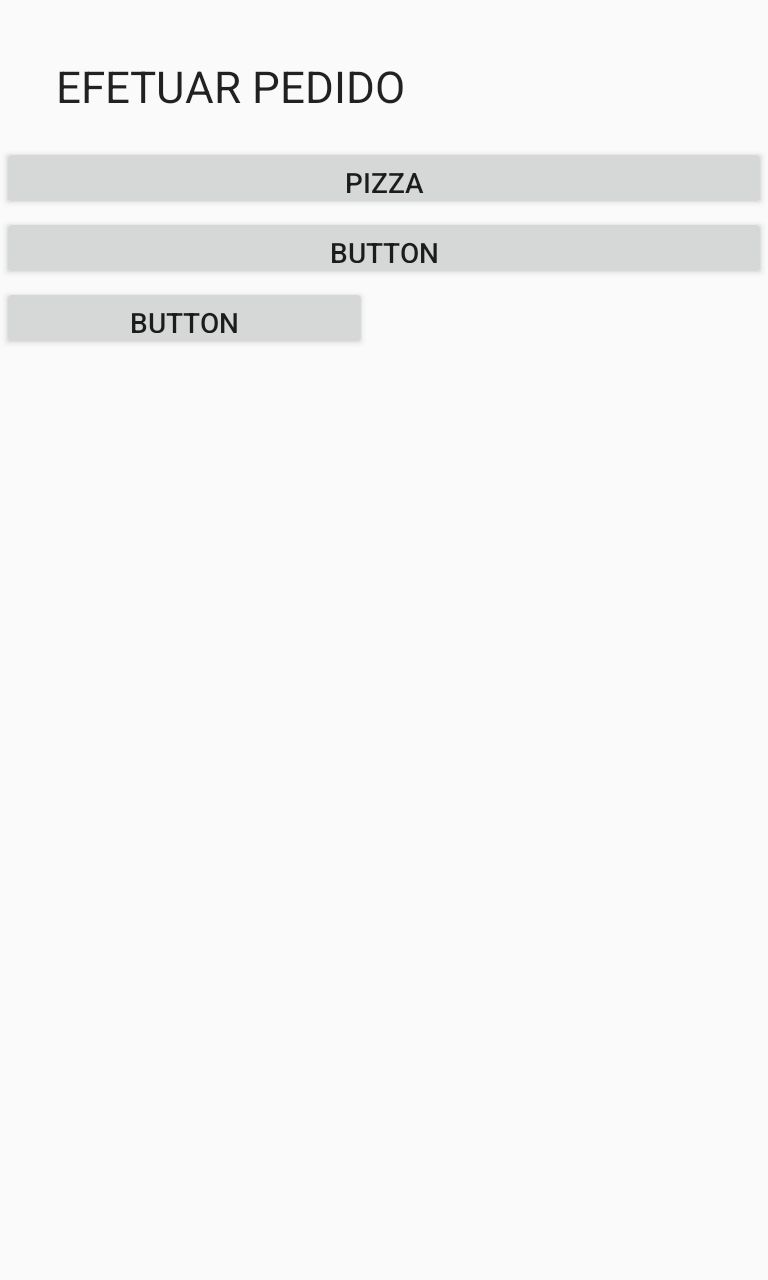
Repository: LucasSampaio/SysPizza-PSI
Layout: CodigoFonte/MOBILE/SysPizza/res/layout/activity_efetuar_pedido.xml
The author's editor kept a copy of each file at every save. The layout is drawn from the files as they stood at one save, then again after the next save.
It is drawn on a 768 x 1280 px phone screen (xhdpi) without system bars, with theme AppTheme; the app's code is not run.

Above is the layout before, as saved 2014-09-25 13:07:38.

### CodigoFonte/MOBILE/SysPizza/res/layout/activity_efetuar_pedido.xml
<?xml version="1.0" encoding="utf-8"?>
<RelativeLayout xmlns:android="http://schemas.android.com/apk/res/android"
    android:layout_width="match_parent"
    android:layout_height="match_parent"
    android:orientation="vertical" >

    <TextView
        android:id="@+id/textView1"
        android:layout_width="wrap_content"
        android:layout_height="wrap_content"
        android:layout_alignParentLeft="true"
        android:layout_alignParentTop="true"
        android:layout_marginLeft="28dp"
        android:layout_marginTop="28dp"
        android:text="EFETUAR PEDIDO"
        android:textAppearance="?android:attr/textAppearanceLarge" />

    <Button
        android:id="@+id/btPizzaEfetuarPedido"
        android:layout_width="fill_parent"
        android:layout_height="35dp"
        android:layout_below="@+id/textView1"
        android:layout_centerHorizontal="true"
        android:layout_marginTop="14dp"
        android:text="Pizza" />

    <Button
        android:id="@+id/btBebidaEfetuarPedido"
        android:layout_width="fill_parent"
        android:layout_height="35dp"
        android:layout_below="@+id/btPizzaEfetuarPedido"
        android:layout_centerHorizontal="true"
        android:text="Button" />

    <Button
        android:id="@+id/btDoceEfetuarPedido"
        android:layout_width="fill_parent"
        android:layout_height="35dp"
        android:layout_alignRight="@+id/textView1"
        android:layout_below="@+id/btBebidaEfetuarPedido"
        android:layout_marginRight="18dp"
        android:text="Button" />

</RelativeLayout>

Loaded but not shown: CodigoFonte/MOBILE/SysPizza/res/values/styles.xml (common file); CodigoFonte/MOBILE/SysPizza/res/values-v11/styles.xml (common file); CodigoFonte/MOBILE/SysPizza/res/values-v14/styles.xml (common file)

After the next save:
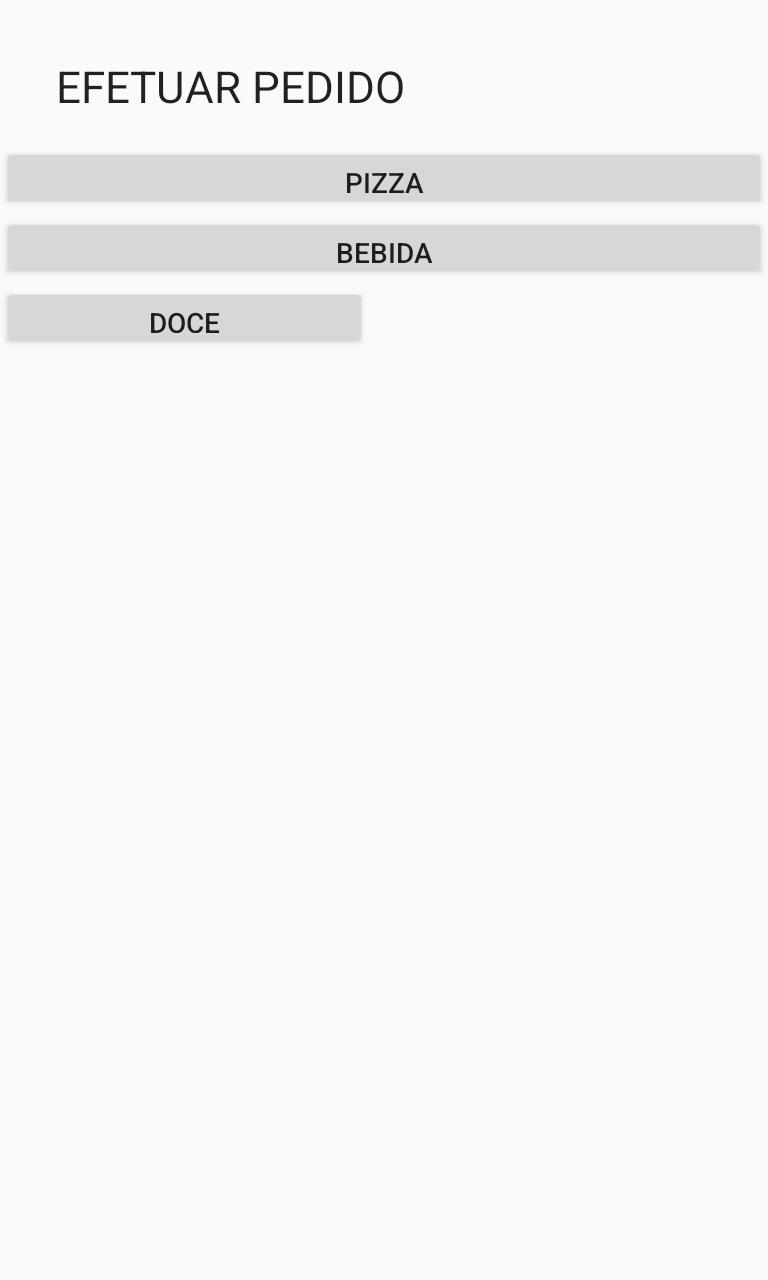
Saved 9 s later.
--- a/CodigoFonte/MOBILE/SysPizza/res/layout/activity_efetuar_pedido.xml
+++ b/CodigoFonte/MOBILE/SysPizza/res/layout/activity_efetuar_pedido.xml
@@ -30,7 +30,7 @@
         android:layout_height="35dp"
         android:layout_below="@+id/btPizzaEfetuarPedido"
         android:layout_centerHorizontal="true"
-        android:text="Button" />
+        android:text="Bebida" />
 
     <Button
         android:id="@+id/btDoceEfetuarPedido"
@@ -39,6 +39,6 @@
         android:layout_alignRight="@+id/textView1"
         android:layout_below="@+id/btBebidaEfetuarPedido"
         android:layout_marginRight="18dp"
-        android:text="Button" />
+        android:text="Doce" />
 
 </RelativeLayout>
